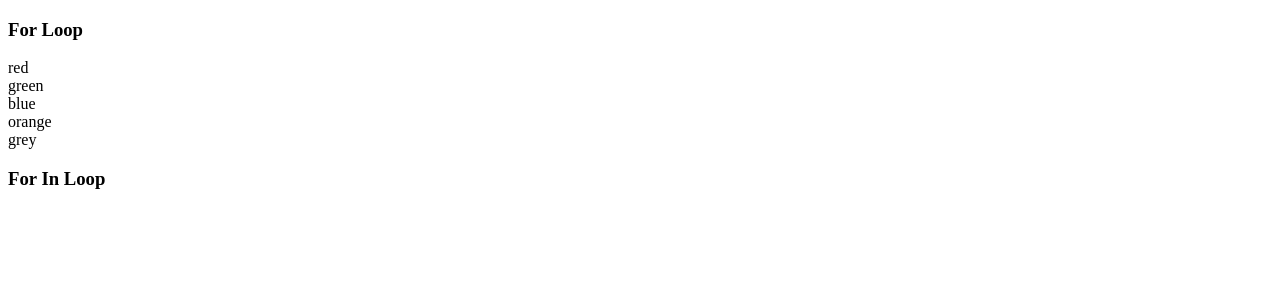
Repository: hsumyatm7308/es6batch1
Page: l3iteration.html
These files come from the project's save history. The page is drawn as it stood at one moment and after the next save; the edit follows.
The browser window is 1280 px wide. The pictures show the whole page.

Above is the page before, as saved 2023-12-03 21:11:50.

### l3iteration.html
<!DOCTYPE html>
<html lang="en">

<head>
    <meta charset="UTF-8">
    <meta name="viewport" content="width=device-width, initial-scale=1.0">
    <title>Iteration</title>
</head>

<body>

    <script type="text/javascript">
        // =>Array Call Back Method

        // forEach
        // map
        // filter
        // find
        // reduce
        // some
        // every

        // for(let x =0; x < array.length; x++){
        //     code to be executed
        // }

        // for (let key in obj){
        //     code to be executed
        // }

        // for (let value of array) {
        //  code to be executed
        // }

        document.write("<h3>For Loop</h3>")

        let mycolors = ["red","green","blue","orange","grey"];

        for (let x =0; x < mycolors.length; x++){
            document.write(mycolors[x]+"<br>");
        }


        document.write("<h3>For In Loop</h3>")

        let customers = {
            name:"Aung Aung",
            city:"Mandalay",
            parent:"U Ba",
            phone:"1234567"
        };

        for ( let key in customers){
            console.log(key);
            console.log(customers.key) //undefined
        }

    </script>

</body>

</html>

After the next save:
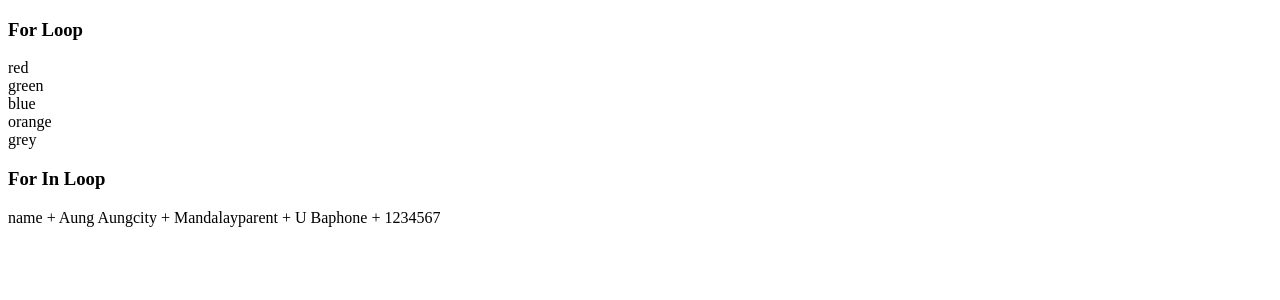
Saved 47 s later.
--- a/l3iteration.html
+++ b/l3iteration.html
@@ -53,6 +53,7 @@
         for ( let key in customers){
             console.log(key);
             console.log(customers.key) //undefined
+            document.write(`${key} + ${customers[key]}`)
         }
 
     </script>
